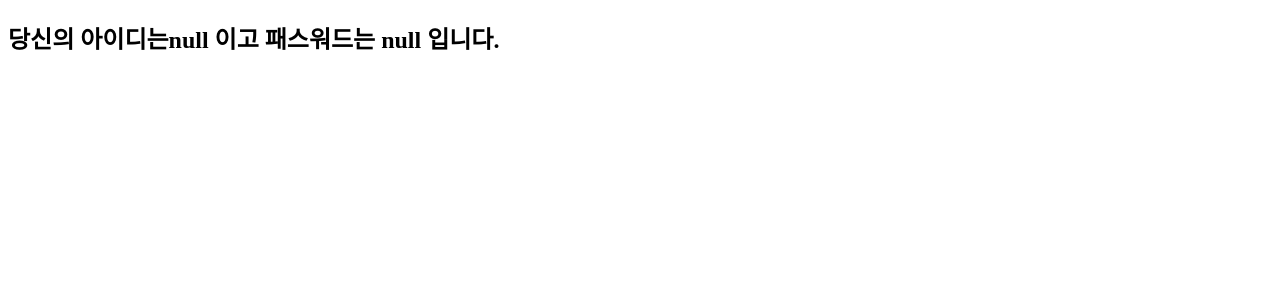
Repository: SuperHamzzi/JSPStudy
Page: http://localhost/JSP01/RequestLoginProc.jsp
These files come from the project's save history. The page is drawn as it stood at one moment and after the next save; the edit follows.
The browser window is 1280 px wide. The pictures show the whole page.
The page is served by Tomcat 9.

Above is the page before, as saved 2023-06-04 09:33:20.

### JSP01/WebContent/RequestLoginProc.jsp
<%@ page language="java" contentType="text/html; charset=EUC-KR"
    pageEncoding="EUC-KR"%>
<!DOCTYPE html>
<html>
<head>
<meta charset="EUC-KR">
<title>Insert title here</title>
</head>
<body>

<!-- RequestLogin 에서 넘어옴  -->
<%
	//사용자의 정보가 저장되어 있는 객체 request의 getParameter()을 사용해 추출할수있따
	String id = request.getParameter("id"); //사용자의 id값을 읽어드려서 변수 id에 저장
	String pass = request.getParameter("pass"); //사용자의 password값을 읽어드려서 변수 pass 에 저장

%>
<h2>
당신의 아이디는<%= id %> 이고 패스워드는 <%= pass %> 입니다.
</h2>


</body>
</html>

After the next save:
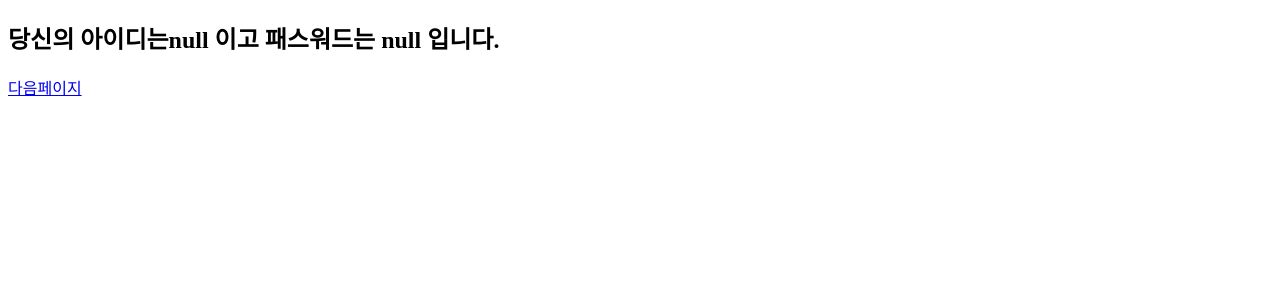
Saved 44 s later.
--- a/JSP01/WebContent/RequestLoginProc.jsp
+++ b/JSP01/WebContent/RequestLoginProc.jsp
@@ -19,6 +19,7 @@
 당신의 아이디는<%= id %> 이고 패스워드는 <%= pass %> 입니다.
 </h2>
 
+	<a href="RequestForward.jsp">다음페이지</a>
 
 </body>
 </html>
